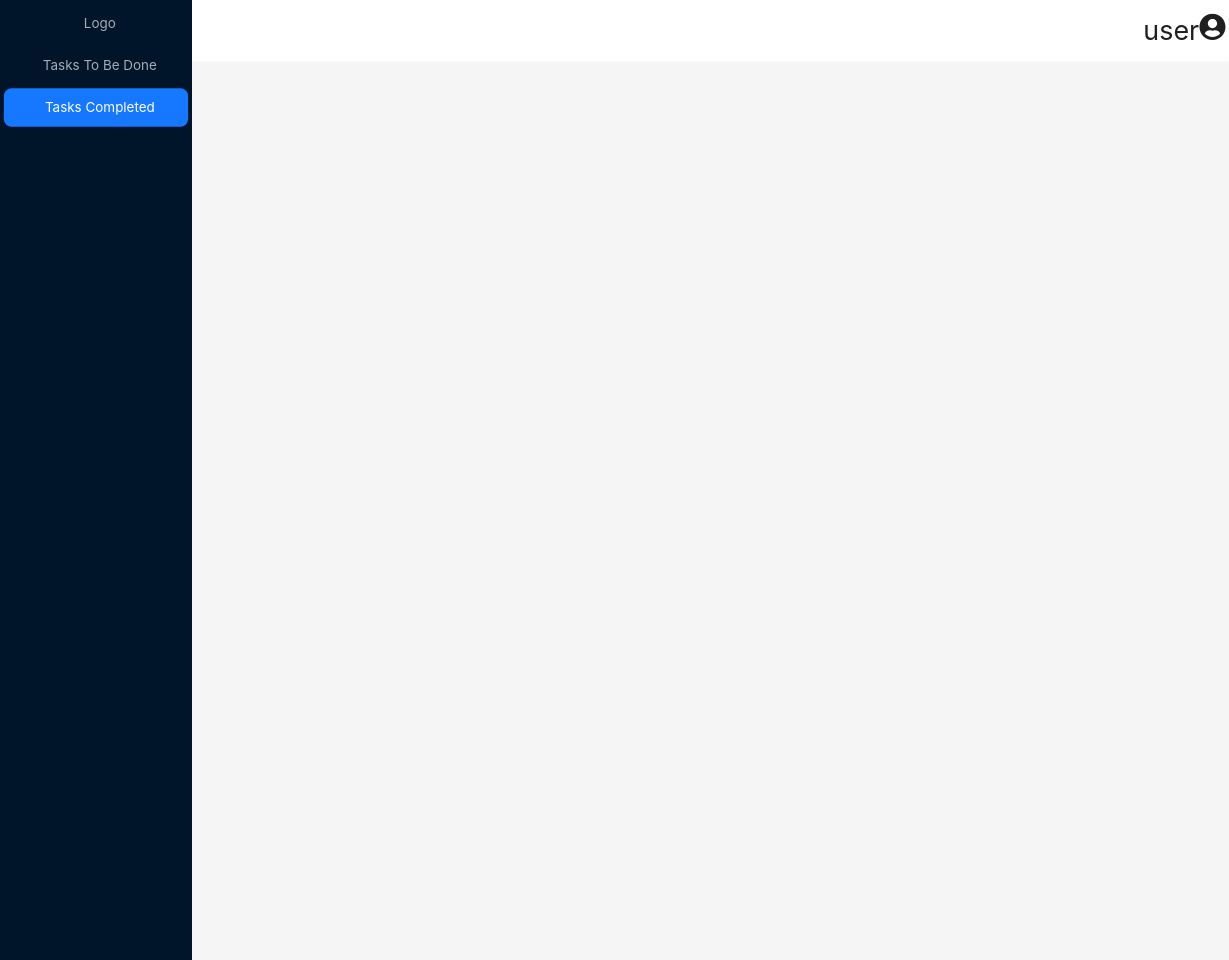
Repository: runner855/todolist_new
Page: /
An editor plug-in stored every save of this project. The page is shown before and after the next save, followed by the edit.
The browser window is 1280 px wide. The pictures show the whole page, at 96% of full size.
The project was rebuilt for these pictures with package versions that can differ from the ones it lists, and the page was loaded fresh each time.

Above is the page before, as saved 2023-03-19 17:17:00.

After the next save:
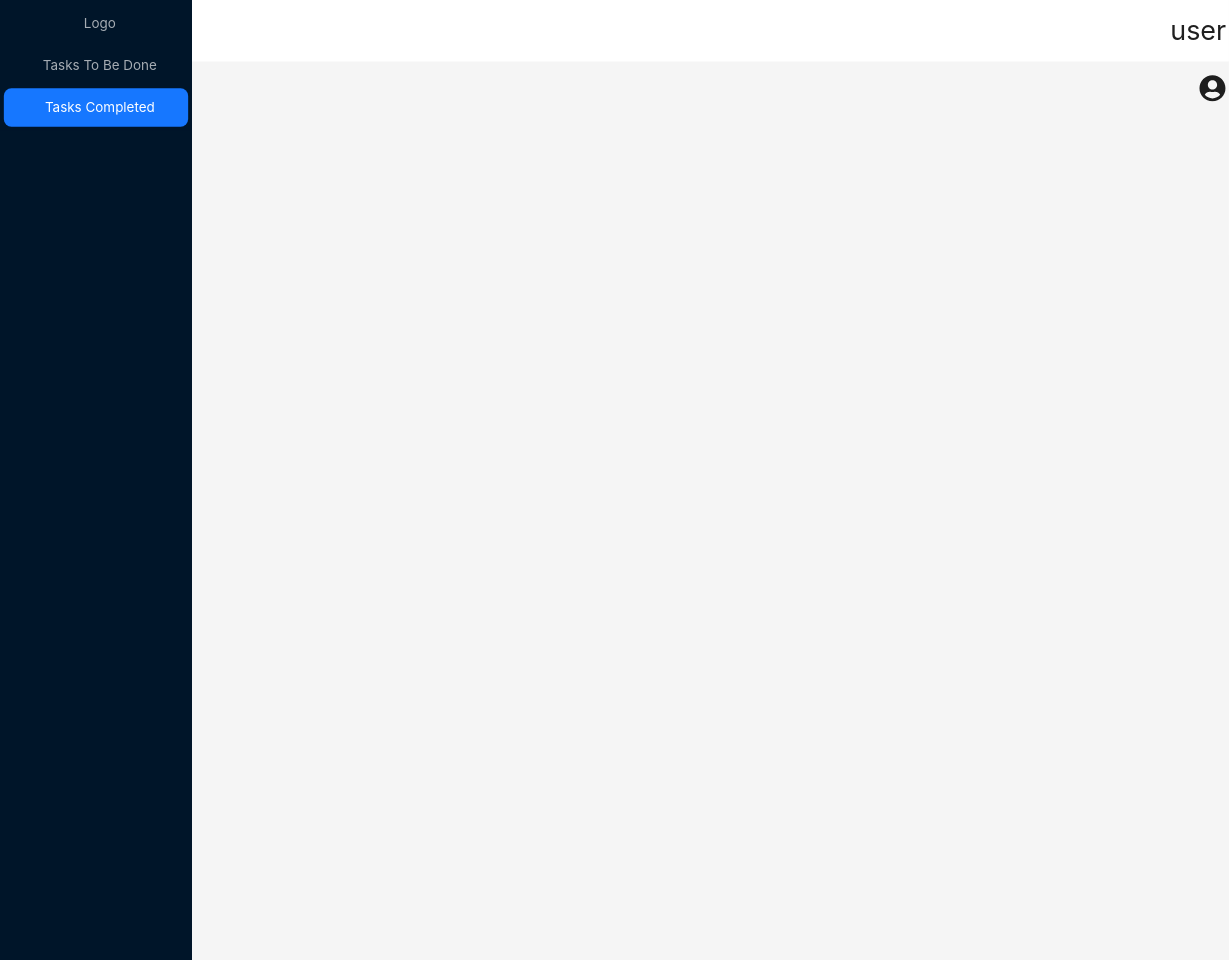
Saved 14 s later.
--- a/src/components/NavBar/NavBar.tsx
+++ b/src/components/NavBar/NavBar.tsx
@@ -44,7 +44,7 @@ export const NavBar = () => {
       </Sider>
       <Layout>
         <Header style={{ padding: 0, background: colorBgContainer }}>
-        <div className='avatar'>user<FaUserCircle/></div>
+        <div className='avatar'><div className='username'>user</div><FaUserCircle/></div>
 
         </Header>
       </Layout>
